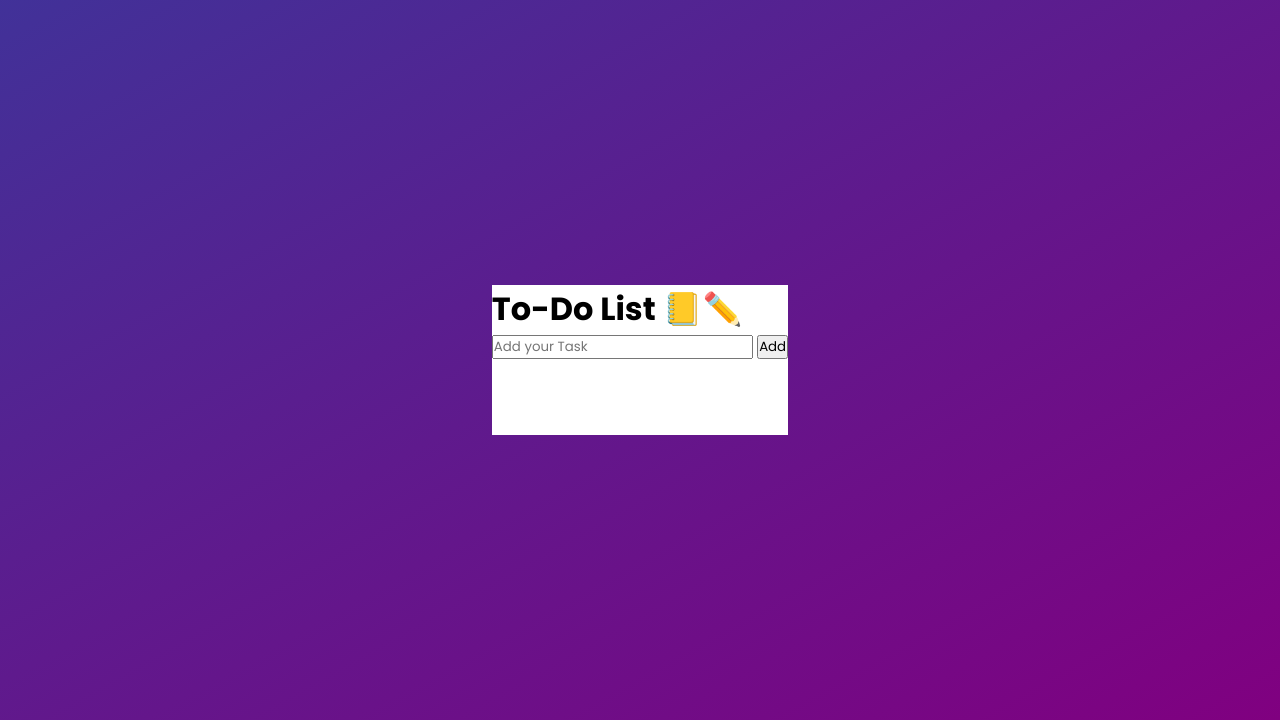
Repository: Ankitkr2021/To-Do-List
Page: index.html
The author's editor kept a copy of each file at every save. The page is drawn from the files as they stood at one save, then again after the next save.
The browser window is 1280 px wide. The pictures show the whole page.

Above is the page before, as saved 2025-10-03 10:02:31.

### index.html
<!DOCTYPE html>
<html lang="en">
<head>
    <meta charset="UTF-8">
    <meta name="viewport" content="width=device-width, initial-scale=1.0">
    <title>To-Do-List</title>
    <link rel="stylesheet" href="./style.css">
</head>
<body>
    <div class="box">
        <h1>To-Do List 📒✏️</h1>
        <div class="task">
        <input id="add" type="text" placeholder="Add your Task">
        <button type="submit">Add</button>
        </div>
    </div>
</body>
</html>

### style.css
@import url("https://fonts.googleapis.com/css2?family=Poppins:wght@300;400;500;600;700&display=swap");

*{
    margin: 0;
    padding: 0;
    box-sizing: border-box;
    font-family: 'Poppins',sans-serif;
}

body{
    display: flex;
    justify-content: center;
    align-items: center;
    height: 100vh;
    background: linear-gradient(to bottom right, rgba(40, 22, 139, 0.884), purple);
}

.box {
    background: #fff;
    height: 150px;
    max-height: 300px;

}

After the next save:
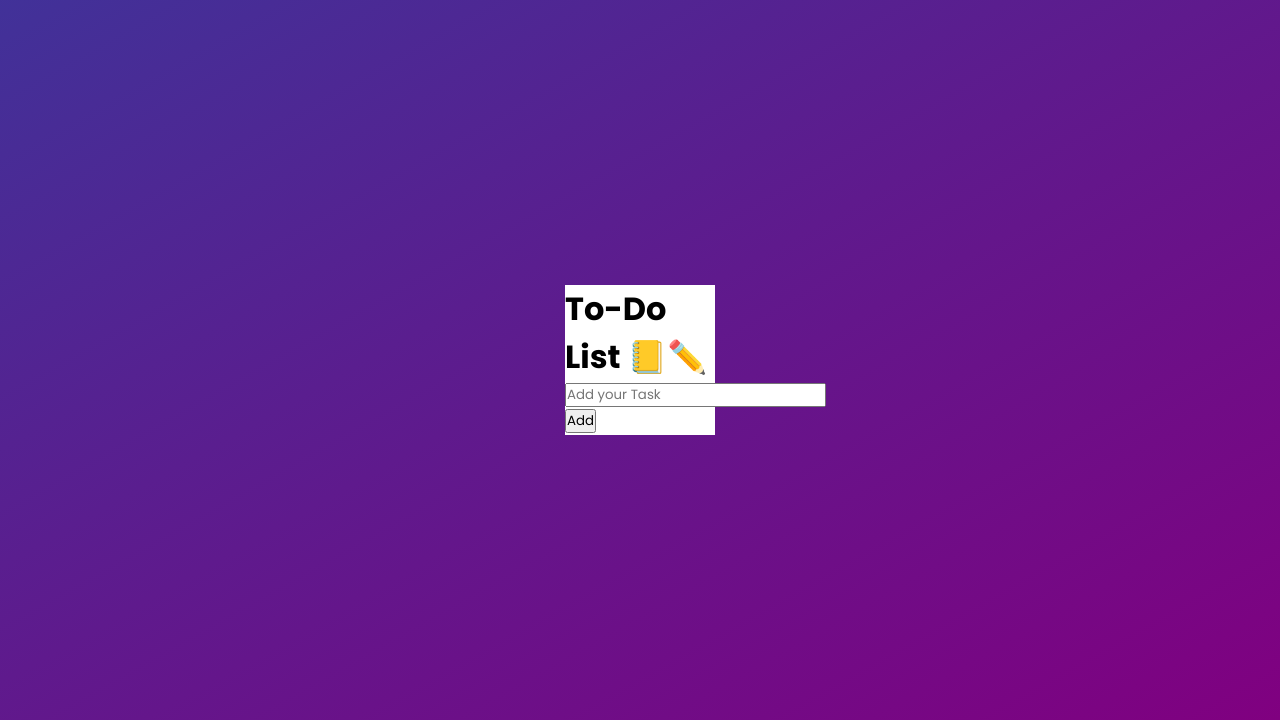
Saved 15 s later.
--- a/style.css
+++ b/style.css
@@ -19,5 +19,5 @@ body{
     background: #fff;
     height: 150px;
     max-height: 300px;
-
+    width: 150px;
 }
